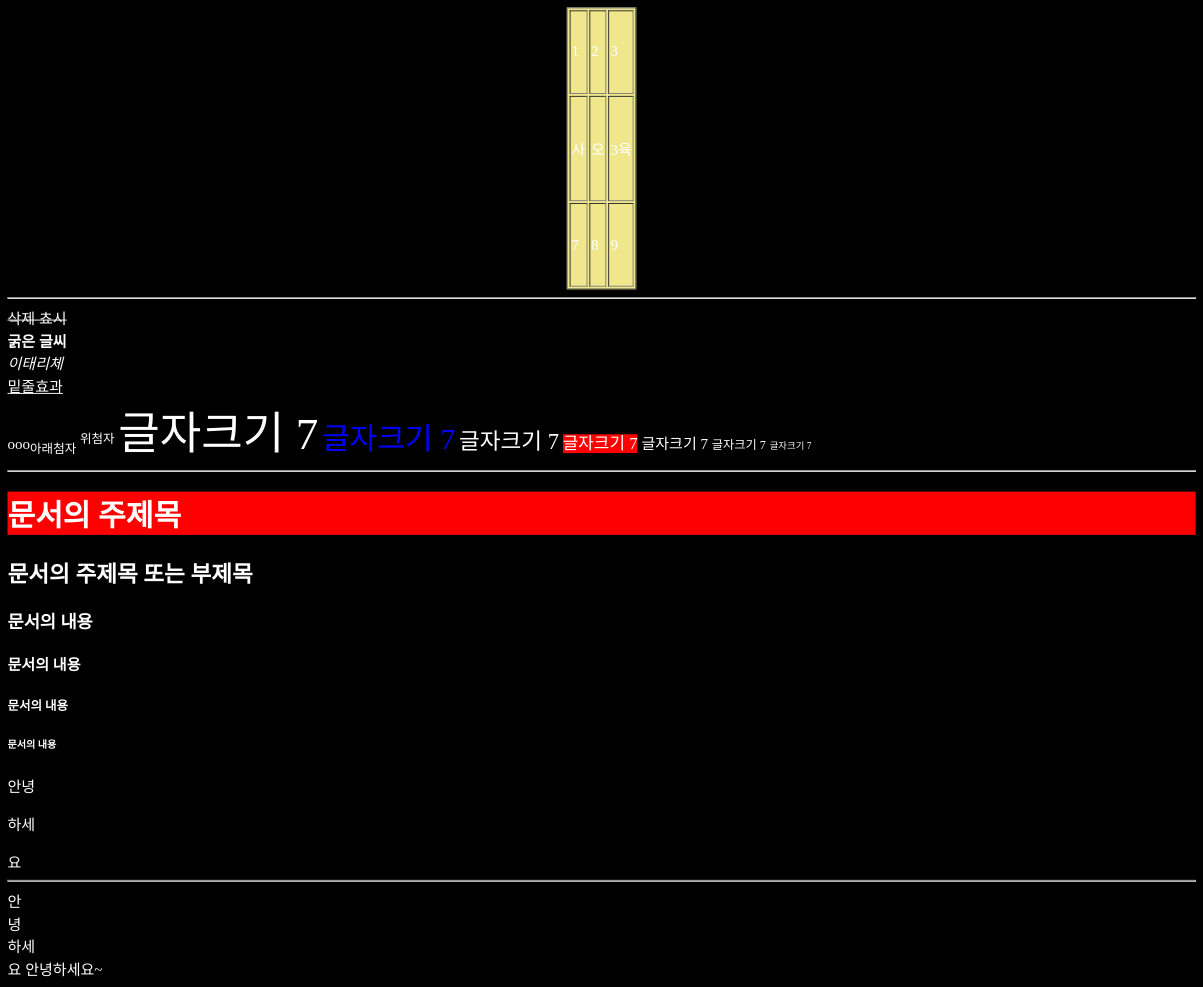
Repository: sjh86/html-day01
Page: html/day01.html
These files come from the project's save history. The page is drawn as it stood at one moment and after the next save; the edit follows.
The browser window is 1280 px wide. The pictures show the whole page, at 94% of full size.

Above is the page before, as saved 2021-10-04 05:23:58.

### html/day01.html
<!DOCTYPE html>
<html>
<head>
<meta charset="EUC-KR">
<title>Insert title here</title>
</head>
<body text="white" bgcolor="black">

<table border="1" align="center" height="300" wideth="300" bgcolor="khaki">
	<tr>
		<td>1</td><td>2</td><td>3</td>
	</tr>
	<tr>
		<td>사</td><td>오</td><td>3육</td>
	</tr>
	<tr>
		<td>7</td><td>8</td><td>9</td>
	</tr>
</table>

<hr>





<strike>삭제 쵸시</strike> <br>
<b>굵은 글씨</b> <br>
<i>이태리체</i> <br>
<u>밑줄효과</u> <br>
ooo<sub>아래첨자</sub> <sup>위첨자</sup>


<font size = "7">글자크기 7</font>
<font size = "6" face="궁서체" color = "blue">글자크기 7</font>
<font size = "5">글자크기 7</font>
<font size = "4" style="background-color: red;">글자크기 7</font>
<font size = "3">글자크기 7</font>
<font size = "2">글자크기 7</font>
<font size = "1">글자크기 7</font>

<hr>

<h1 style="background-color: red;">문서의 주제목</h1>
<h2>문서의 주제목 또는 부제목</h2>
<h3>문서의 내용</h3>
<h4>문서의 내용</h4>
<h5>문서의 내용</h5>
<h6>문서의 내용</h6>
안녕
<p>하세</p>
요
<hr>
안<br>녕<br>
하세<br>
요
<!--

주석
 -->
	안녕하세요~
</body>
</html>

After the next save:
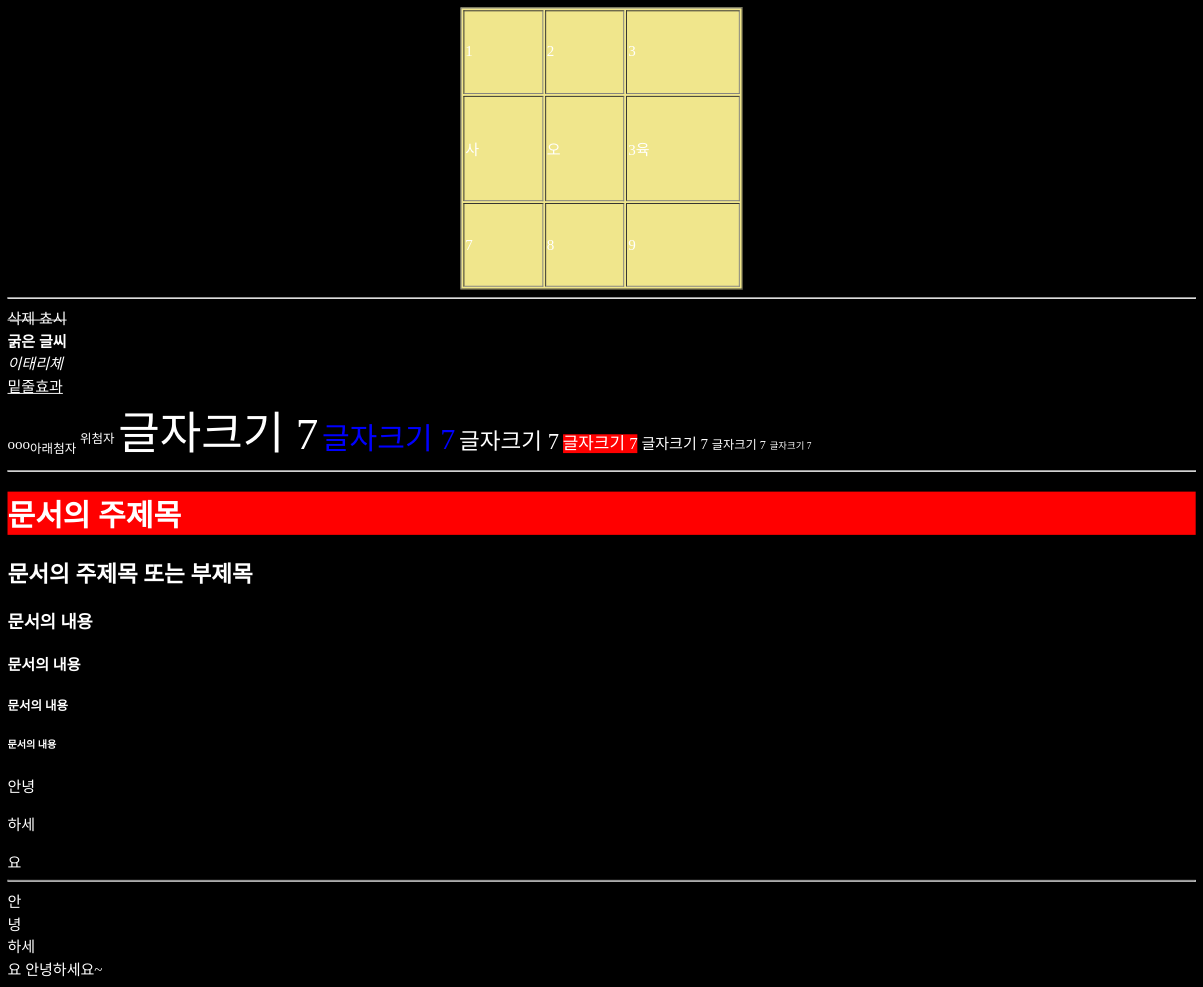
Saved 7 s later.
--- a/html/day01.html
+++ b/html/day01.html
@@ -6,7 +6,7 @@
 </head>
 <body text="white" bgcolor="black">
 
-<table border="1" align="center" height="300" wideth="300" bgcolor="khaki">
+<table border="1" align="center" height="300" width="300" bgcolor="khaki">
 	<tr>
 		<td>1</td><td>2</td><td>3</td>
 	</tr>
